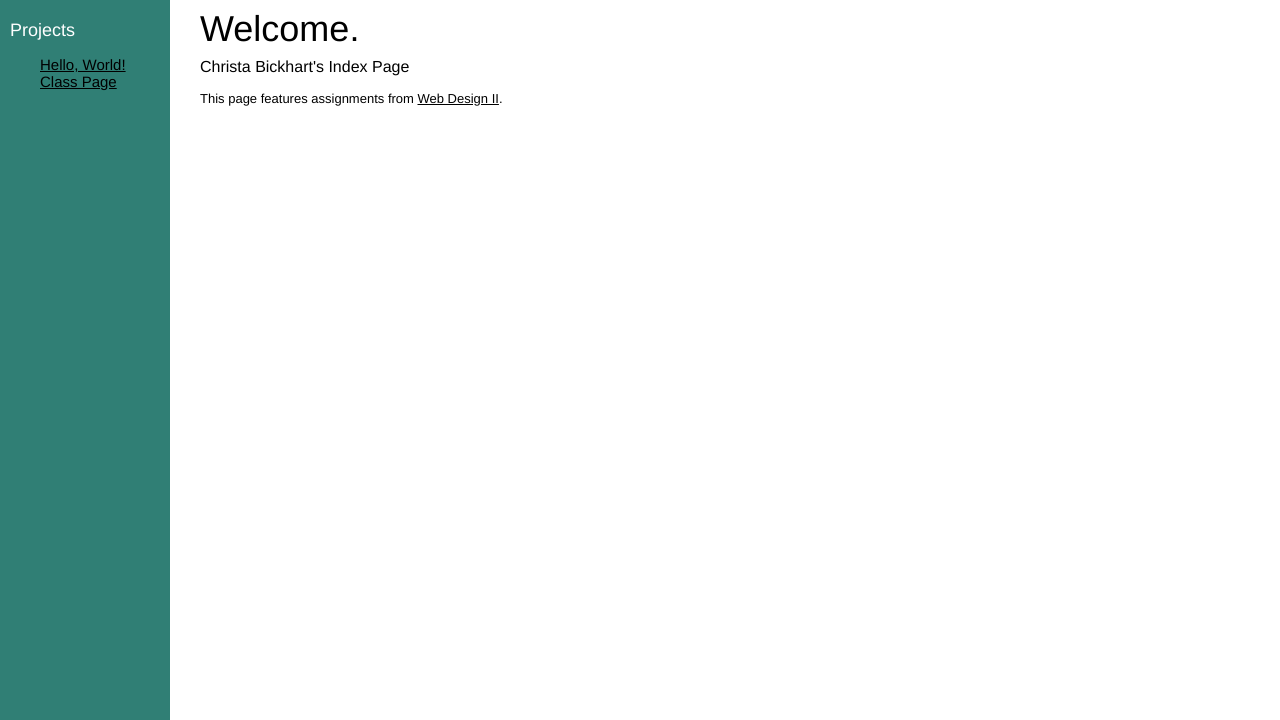
Repository: cbickhar/cbickhar.github.io
Page: index.html
The author's editor kept a record of every edit. The page is drawn from the files as they stood at one moment, then again after the next edit.
The browser window is 1280 px wide. The pictures show the whole page.

Above is the page before.

### index.html
<html>
    <head>
        <title>Christa Bickhart - Index Page</title>
        <link href="styles.css" rel="stylesheet" type="text/css">
    </head>
        <div class= "header">Welcome.</div>
        <div class="subhead">Christa Bickhart's Index Page</div>
        <br>
    <body>
        This page features assignments from <a href="http://www.web2.ga">Web Design II</a>.
    </body>
    <div class = "sidebar">
        <div class = "sidebarhead">Projects</div>
        <ol>
            <li> <a href="project_1/project_1.html">Hello, World!</a></li>
            <li> <a href="project_2/index.html">Class Page</a></li>
        </ol>
        </div>
</html>

### styles.css
body {
    background-color: #fff;
    font-size: 13px;
    font-family: avenir, helvetica, sans-serif;
    color: black;
    text-align: left;
    width: 400px;
    margin-left: 200px;
}

a {
    color: black;
    text-decoration: underline;
}

h5 {
    font-family: avenir, helvetica, sans-serif;
    font-size: 18px;
    font-style: normal;
}

a:hover {
    color: white;
}

.header {
    font-family: avenir, helvetica, sans-serif;
    height: 40px;
    width: 400px;
    font-size: 36px;
    margin-bottom: 10px;
}

.subhead {
    font-family: avenir, helvetica, sans-serif;
    font-size: 16px;
    width: 400px;
}

.sidebar {
    font-family: avenir, helvetica, sans-serif;
	font-size: 15px;
	position: fixed;
	background-color: #307f75;
	color: white;
	width: 170px;
	height: 100%;
	top: 0px;
	left: 0px;
	margin-left: 0;
	text-align: left;
	margin: 0 auto;
}

.sidebarhead {
    font-size: 18px;
    margin-top: 20px;
    margin-left: 10px;
}

ol {
    list-style-type: none;
    text-align: left;
    width: 100;
}

After the next edit:
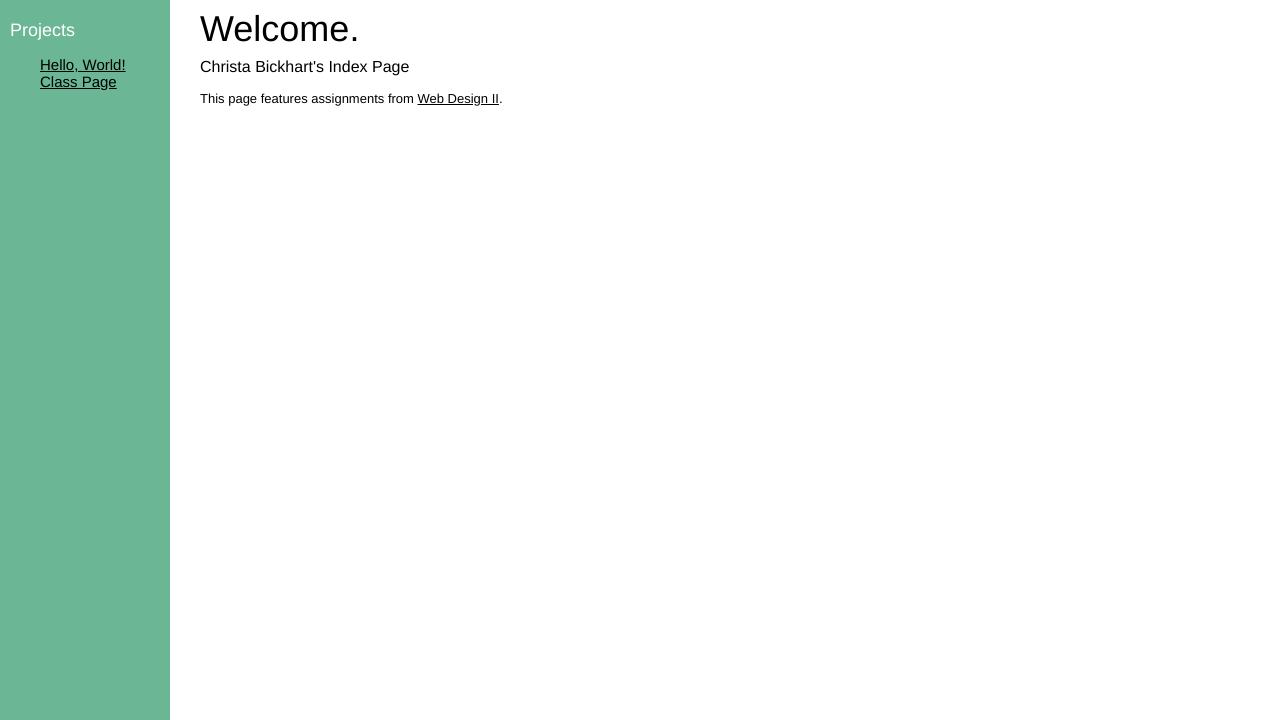
The edit:
--- a/styles.css
+++ b/styles.css
@@ -41,7 +41,7 @@
     font-family: avenir, helvetica, sans-serif;
 	font-size: 15px;
 	position: fixed;
-	background-color: #307f75;
+	background-color: #6ab695;
 	color: white;
 	width: 170px;
 	height: 100%;
